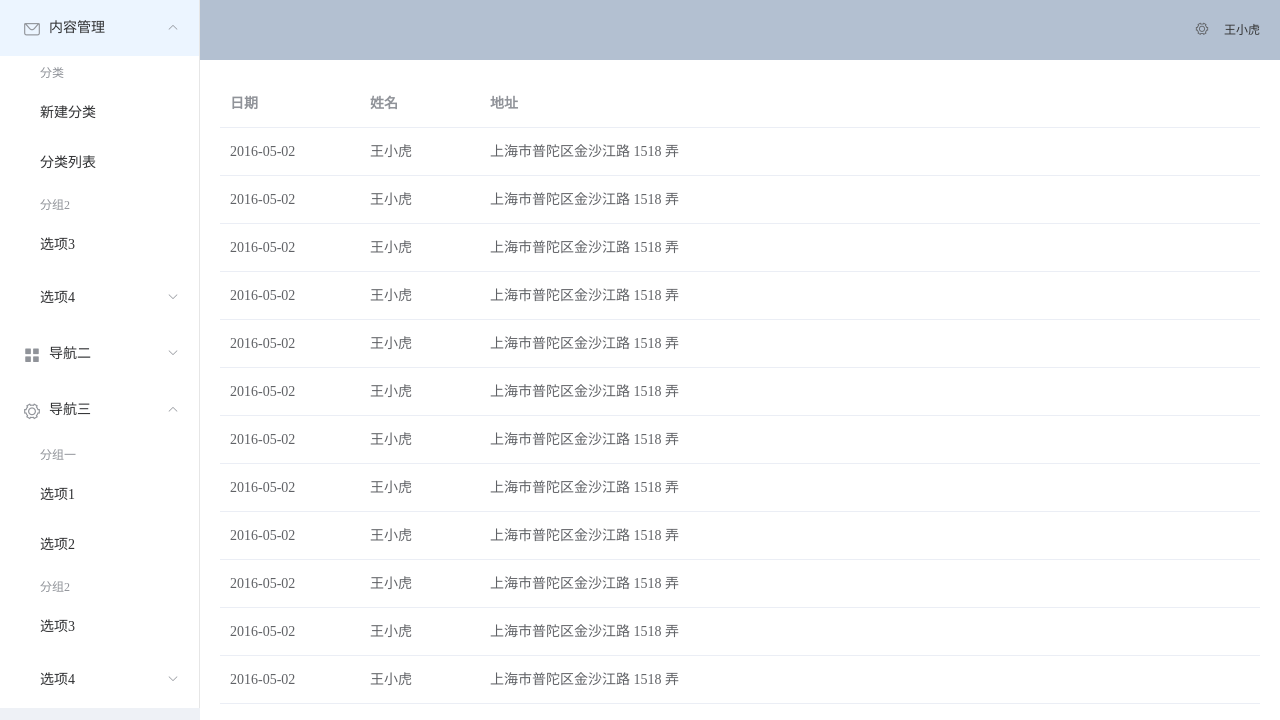
Repository: fish-zmy/wangzherongyao
Page: / (app in admin/)
An editor plug-in stored every save of this project. The page is shown before and after the next save, followed by the edit.
The browser window is 1280 px wide. The pictures show the whole page.
An inner scrolling area shows only its first screen. The project was rebuilt for these pictures with package versions that can differ from the ones it lists, and the page was loaded fresh each time. Also part of the build but not shown: admin/vue.config.js. Imported but missing from the stored project, and not drawn on this page: admin/src/views/Home.vue.

Above is the page before, as saved 2020-06-16 15:53:47.

After the next save:
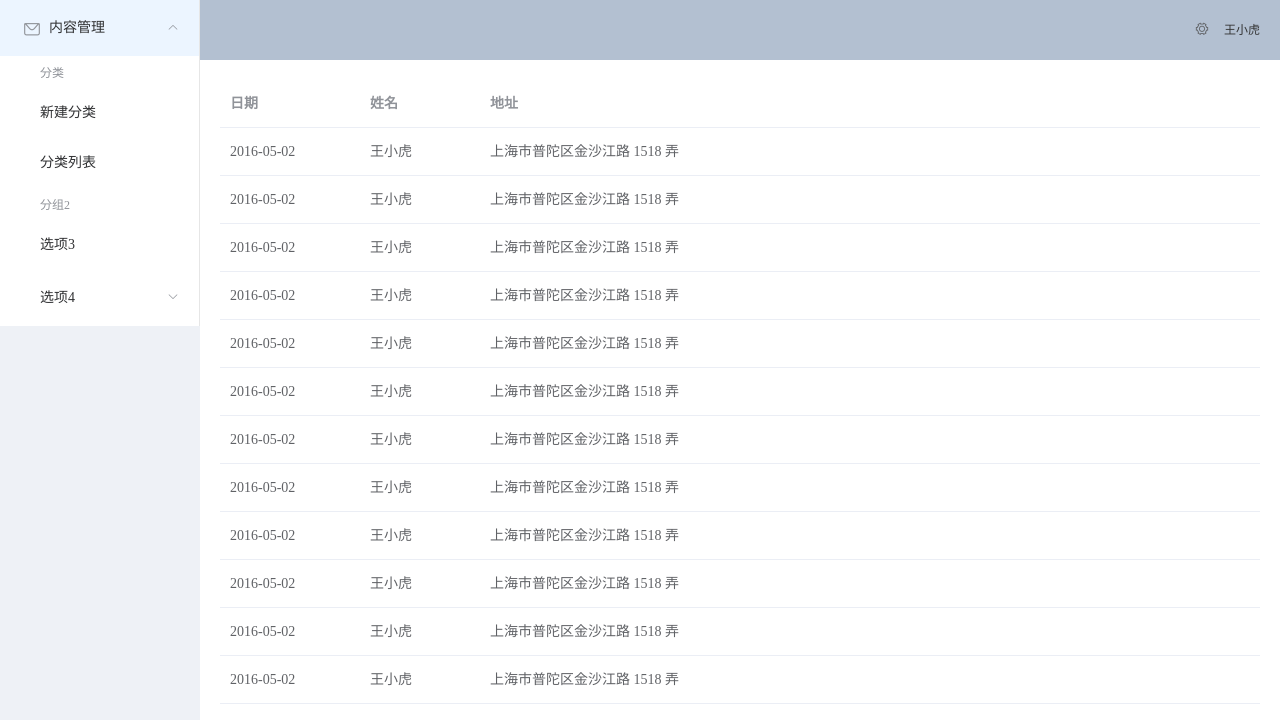
Saved 2 min 23 s later.
--- a/admin/src/views/Main.vue
+++ b/admin/src/views/Main.vue
@@ -19,40 +19,7 @@
             <el-menu-item index="1-4-1">选项4-1</el-menu-item>
           </el-submenu>
         </el-submenu>
-        <el-submenu index="2">
-          <template slot="title">
-            <i class="el-icon-menu"></i>导航二
-          </template>
-          <el-menu-item-group>
-            <template slot="title">分组一</template>
-            <el-menu-item index="2-1">选项1</el-menu-item>
-            <el-menu-item index="2-2">选项2</el-menu-item>
-          </el-menu-item-group>
-          <el-menu-item-group title="分组2">
-            <el-menu-item index="2-3">选项3</el-menu-item>
-          </el-menu-item-group>
-          <el-submenu index="2-4">
-            <template slot="title">选项4</template>
-            <el-menu-item index="2-4-1">选项4-1</el-menu-item>
-          </el-submenu>
-        </el-submenu>
-        <el-submenu index="3">
-          <template slot="title">
-            <i class="el-icon-setting"></i>导航三
-          </template>
-          <el-menu-item-group>
-            <template slot="title">分组一</template>
-            <el-menu-item index="3-1">选项1</el-menu-item>
-            <el-menu-item index="3-2">选项2</el-menu-item>
-          </el-menu-item-group>
-          <el-menu-item-group title="分组2">
-            <el-menu-item index="3-3">选项3</el-menu-item>
-          </el-menu-item-group>
-          <el-submenu index="3-4">
-            <template slot="title">选项4</template>
-            <el-menu-item index="3-4-1">选项4-1</el-menu-item>
-          </el-submenu>
-        </el-submenu>
+
       </el-menu>
     </el-aside>
 
